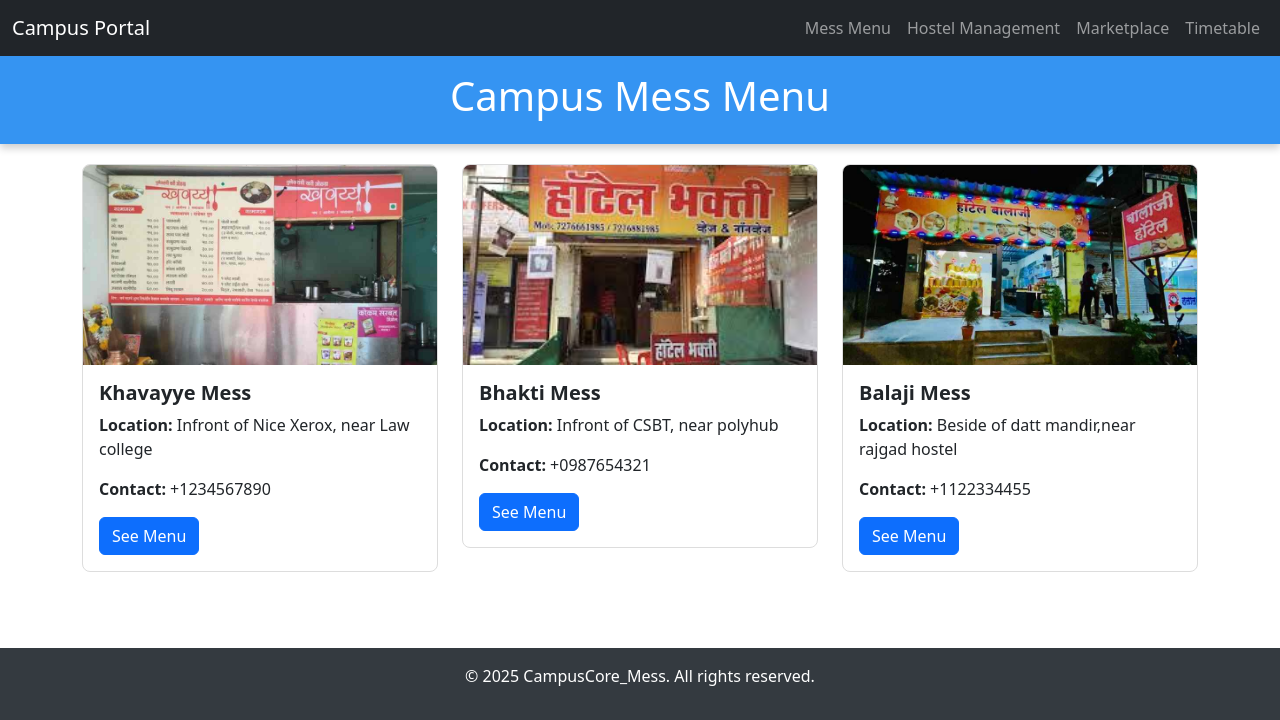
Repository: Pavanrajput123/Campus-Core
Page: http://localhost/Mess_menu
These files come from the project's save history. The page is drawn as it stood at one moment and after the next save; the edit follows.
The browser window is 1280 px wide. The pictures show the whole page.
The page is this project's Thymeleaf template; nobody is signed in. The template is opened directly, without the code that normally fills it, so the values that code supplies are empty.

Above is the page before, as saved 2025-04-12 07:17:54.

After the next save:
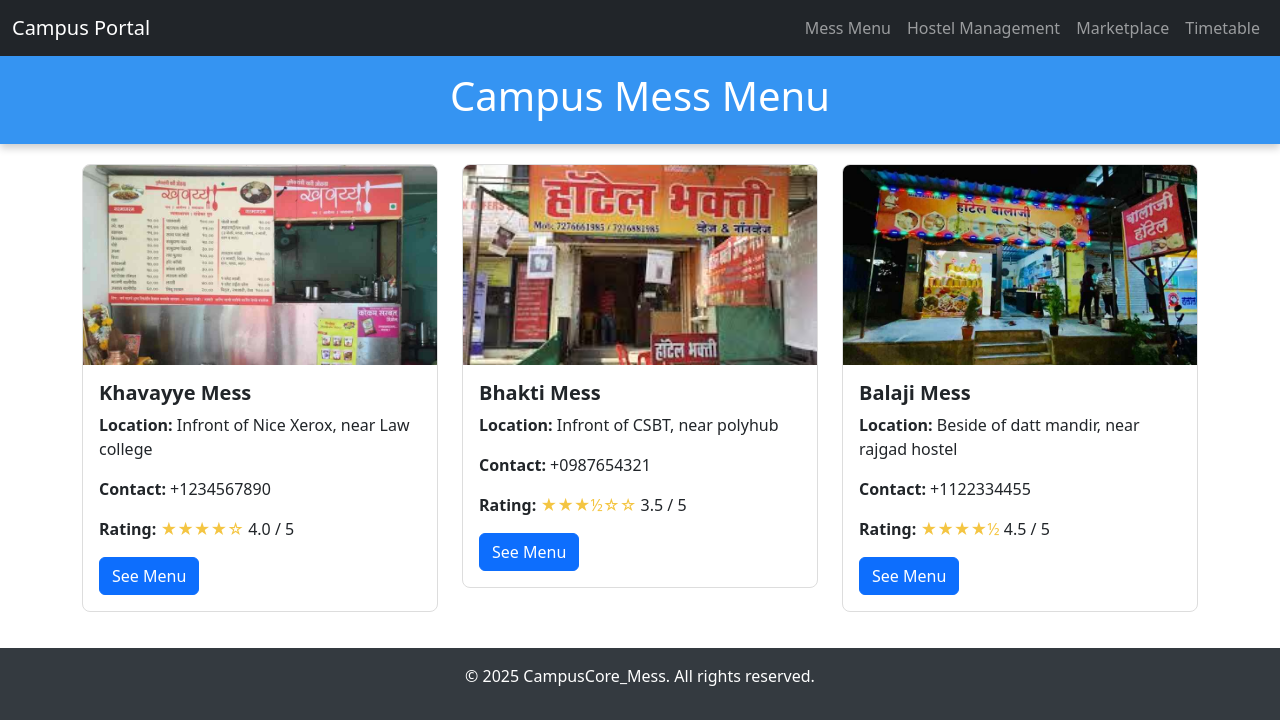
Saved 2 min 40 s later.
--- a/student-management/src/main/resources/templates/Mess_menu.html
+++ b/student-management/src/main/resources/templates/Mess_menu.html
@@ -86,6 +86,10 @@
               <h5 class="card-title">Khavayye Mess</h5>
               <p class="card-text"><strong>Location:</strong> Infront of Nice Xerox, near Law college</p>
               <p class="card-text"><strong>Contact:</strong> +1234567890</p>
+              <p class="card-text">
+                <strong>Rating:</strong>
+                <span style="color: #f4c542;">&#9733;&#9733;&#9733;&#9733;&#9734;</span> 4.0 / 5
+              </p>
               <a th:href="@{/menu1}" class="btn btn-primary">See Menu</a>
             </div>
           </div>
@@ -99,6 +103,10 @@
               <h5 class="card-title">Bhakti Mess</h5>
               <p class="card-text"><strong>Location:</strong> Infront of CSBT, near polyhub</p>
               <p class="card-text"><strong>Contact:</strong> +0987654321</p>
+              <p class="card-text">
+                <strong>Rating:</strong>
+                <span style="color: #f4c542;">&#9733;&#9733;&#9733;&#189;&#9734;&#9734;</span> 3.5 / 5
+              </p>
               <a th:href="@{/menu2}" class="btn btn-primary">See Menu</a>
             </div>
           </div>
@@ -110,8 +118,12 @@
             <img th:src="@{/assets/balajimess.jpg}" alt="Mess 3 Image">
             <div class="card-body">
               <h5 class="card-title">Balaji Mess</h5>
-              <p class="card-text"><strong>Location:</strong> Beside of datt mandir,near rajgad hostel</p>
+              <p class="card-text"><strong>Location:</strong> Beside of datt mandir, near rajgad hostel</p>
               <p class="card-text"><strong>Contact:</strong> +1122334455</p>
+              <p class="card-text">
+                <strong>Rating:</strong>
+                <span style="color: #f4c542;">&#9733;&#9733;&#9733;&#9733;&#189;</span> 4.5 / 5
+              </p>
               <a th:href="@{/menu3}" class="btn btn-primary">See Menu</a>
             </div>
           </div>
